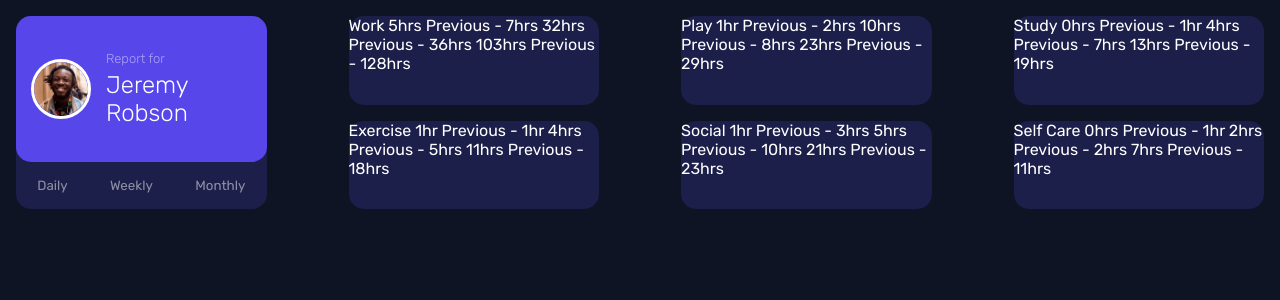
Repository: 3mr-5aled/time-tracking-dashboard-Junior
Page: index.html
These files come from the project's save history. The page is drawn as it stood at one moment and after the next save; the edit follows.
The browser window is 1280 px wide. The pictures show the whole page.

Above is the page before, as saved 2022-12-27 18:32:11.

### index.html
<!DOCTYPE html>
<html lang="en">
  <head>
    <meta charset="UTF-8" />
    <meta name="viewport" content="width=device-width, initial-scale=1.0" />
    <!-- displays site properly based on user's device -->

    <link
      rel="icon"
      type="image/png"
      sizes="32x32"
      href="./images/favicon-32x32.png"
    />
    <link rel="stylesheet" href="style.css" />

    <title>Frontend Mentor | Time tracking dashboard</title>

    <!-- Feel free to remove these styles or customise in your own stylesheet 👍 -->
    <style>
      .attribution {
        display: none;
        font-size: 11px;
        text-align: center;
      }
      .attribution a {
        color: hsl(228, 45%, 44%);
      }
    </style>
  </head>
  <body>
    <div class="main">
      <div class="user">
        <div class="userData">
          <img src="images/image-jeremy.png" alt="userFace" />
          <div class="userInfo">
            <p>Report for</p>
            <span>Jeremy Robson</span>
          </div>
        </div>
        <div class="filter">
          <button>Daily</button>
          <button>Weekly</button>
          <button>Monthly</button>
        </div>
      </div>
      <div class="work">
        Work 5hrs
        <!-- daily -->
        Previous - 7hrs
        <!-- daily -->
        32hrs
        <!-- weekly -->
        Previous - 36hrs
        <!-- weekly -->
        103hrs
        <!-- monthly -->
        Previous - 128hrs
        <!-- monthly -->
      </div>
      <div class="play">
        Play 1hr
        <!-- daily -->
        Previous - 2hrs
        <!-- daily -->
        10hrs
        <!-- weekly -->
        Previous - 8hrs
        <!-- weekly -->
        23hrs
        <!-- monthly -->
        Previous - 29hrs
        <!-- monthly -->
      </div>
      <div class="study">
        Study 0hrs
        <!-- daily -->
        Previous - 1hr
        <!-- daily -->
        4hrs
        <!-- weekly -->
        Previous - 7hrs
        <!-- weekly -->
        13hrs
        <!-- monthly -->
        Previous - 19hrs
        <!-- monthly -->
      </div>

      <div class="exercise">
        Exercise 1hr
        <!-- daily -->
        Previous - 1hr
        <!-- daily -->
        4hrs
        <!-- weekly -->
        Previous - 5hrs
        <!-- weekly -->
        11hrs
        <!-- monthly -->
        Previous - 18hrs
        <!-- monthly -->
      </div>

      <div class="social">
        Social 1hr
        <!-- daily -->
        Previous - 3hrs
        <!-- daily -->
        5hrs
        <!-- weekly -->
        Previous - 10hrs
        <!-- weekly -->
        21hrs
        <!-- monthly -->
        Previous - 23hrs
        <!-- monthly -->
      </div>
      <div class="selfCare">
        Self Care 0hrs
        <!-- daily -->
        Previous - 1hr
        <!-- daily -->
        2hrs
        <!-- weekly -->
        Previous - 2hrs
        <!-- weekly -->
        7hrs
        <!-- monthly -->
        Previous - 11hrs
        <!-- monthly -->
      </div>
    </div>
    <div class="attribution">
      Challenge by
      <a href="https://www.frontendmentor.io?ref=challenge" target="_blank"
        >Frontend Mentor</a
      >. Coded by <a href="#">3mr 5aled</a>.
    </div>
  </body>
</html>

### style.css
@import url("https://fonts.googleapis.com/css2?family=Rubik:wght@200;300;400;500&display=swap");

* {
  box-sizing: border-box;
  padding: 0;
  margin: 0;
  font-family: "Rubik", sans-serif;
}

:root {
  /* Primary colors */
  --blue: hsl(246, 80%, 60%);
  --light-red: hsl(15, 100%, 70%); /*(work)*/
  --soft-blue: hsl(195, 74%, 62%); /*(play)*/
  --light-red: hsl(348, 100%, 68%); /*(study)*/
  --lime-green: hsl(145, 58%, 55%); /*(exercise)*/
  --violet: hsl(264, 64%, 52%); /*(social)*/
  --soft-orange: hsl(43, 84%, 65%); /*(self care)*/

  /* Neutral colors */
  --very-dark-blue: hsl(226, 43%, 10%);
  --dark-blue: hsl(235, 46%, 20%);
  --light-purple: #5746ea;
  --desaturated-blue: hsl(235, 45%, 61%);
  --pale-blue: hsl(236, 100%, 87%);

  /* card font size */
  --fs-card: 18px;

  /* media quires */
  --mobile-view: 375px;
  --desktop-view: 1440px;
}

body {
  background-color: var(--very-dark-blue);
  color: white;
}

.main {
  display: grid;
  grid-template-columns: repeat(4, 1fr);
  grid-template-rows: repeat(2, 1fr);
  grid-template-areas:
    "user work play study"
    "user exercise social selfCare";
  grid-column-gap: 50px;
  /* grid-row-gap: 50px; */
}

.user,
.work,
.play,
.study,
.exercise,
.social,
.selfCare {
  background: var(--dark-blue);
  border-radius: 15px;
  /* padding: 1rem; */
  margin-top: 1rem;
  margin-right: 1rem;
  margin-left: 1rem;
}
/* start user section */
.user {
  grid-area: user;
}
.userData {
  display: flex;
  flex-direction: row;
  align-items: center;
  justify-content: center;
  background: var(--light-purple);
  border-radius: 15px;
  padding: 15px;
}
img {
  border: 3px solid white;
  border-radius: 50%;
  height: 60px;
  width: 60px;
}
.userInfo {
  margin: 20px 0;
  margin-left: 15px;
}
.userInfo p {
  font-weight: 300;
  color: rgba(255, 255, 255, 0.5);
  padding-bottom: 5px;
  font-size: small;
}
.userInfo span {
  font-weight: 200;
  font-size: x-large;
}

.filter {
  margin: 1rem 0;
  display: flex;
  align-items: center;
  justify-content: space-around;
  flex-direction: row;
}

.filter button {
  background: transparent;
  border: none;
  color: rgba(255, 255, 255, 0.5);
}
.filter button:hover {
  color: white;
}
/* end user section */

.work {
  grid-area: work;
}
.play {
  grid-area: play;
}
.study {
  grid-area: study;
}
.exercise {
  grid-area: exercise;
}
.social {
  grid-area: social;
}
.selfCare {
  grid-area: selfCare;
}

@media screen and (max-width: 375px) {
  .main {
    grid-template-columns: 1fr;
    grid-template-rows: repeat(7, 1fr);
    grid-template-areas:
      "user"
      "work"
      "play"
      "study"
      "exercise"
      "social"
      "selfCare";
  }
}

After the next save:
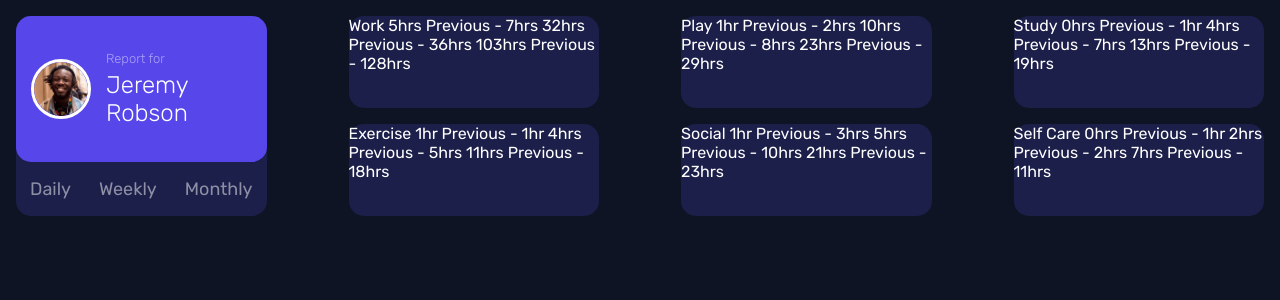
Saved 16 s later.
--- a/style.css
+++ b/style.css
@@ -107,6 +107,7 @@
 .filter button {
   background: transparent;
   border: none;
+  font-size: large;
   color: rgba(255, 255, 255, 0.5);
 }
 .filter button:hover {

After the save that followed:
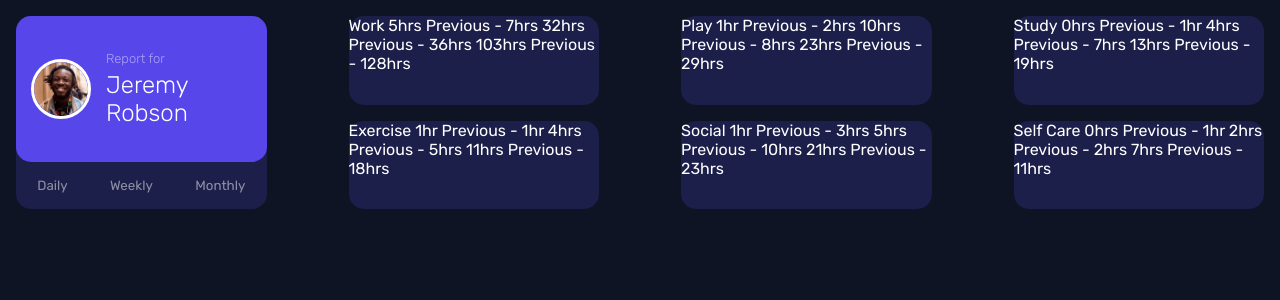
Saved 14 s later.
--- a/style.css
+++ b/style.css
@@ -107,7 +107,7 @@
 .filter button {
   background: transparent;
   border: none;
-  font-size: large;
+  font-size: normal;
   color: rgba(255, 255, 255, 0.5);
 }
 .filter button:hover {
